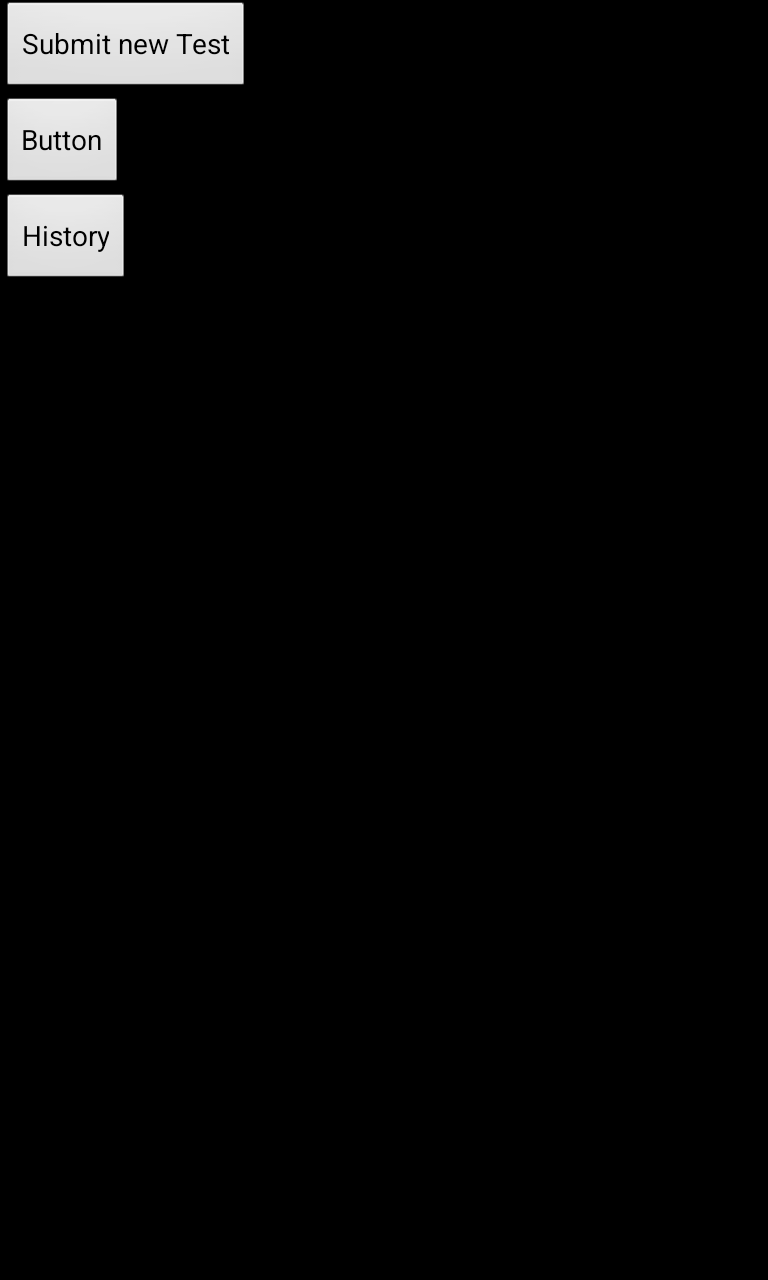
Repository: nuces-acm/DevFest-12-Team-9
Layout: data/Eclipse Workspace of android/Devfest/DCSClientApp/res/layout/tests.xml
These files come from the project's save history. The layout is drawn as it stood at one moment and after the next save; the edit follows.
It is drawn on a 768 x 1280 px phone screen (xhdpi) without system bars, with theme android:Theme; the app's code is not run.

Above is the layout before, as saved 2012-04-01 03:23:21.

### data/Eclipse Workspace of android/Devfest/DCSClientApp/res/layout/tests.xml
<?xml version="1.0" encoding="utf-8"?>
<LinearLayout xmlns:android="http://schemas.android.com/apk/res/android"
    android:layout_width="match_parent"
    android:layout_height="match_parent"
    android:orientation="vertical" >

    <Button
        android:id="@+id/submitNewTest"
        android:layout_width="wrap_content"
        android:layout_height="wrap_content"
        android:text="Submit new Test" />

    <Button
        android:id="@+id/viewLastTestStatus"
        android:layout_width="wrap_content"
        android:layout_height="wrap_content"
        android:text="Button" />

    <Button
        android:id="@+id/history"
        android:layout_width="wrap_content"
        android:layout_height="wrap_content"
        android:text="History" />

</LinearLayout>

After the next save:
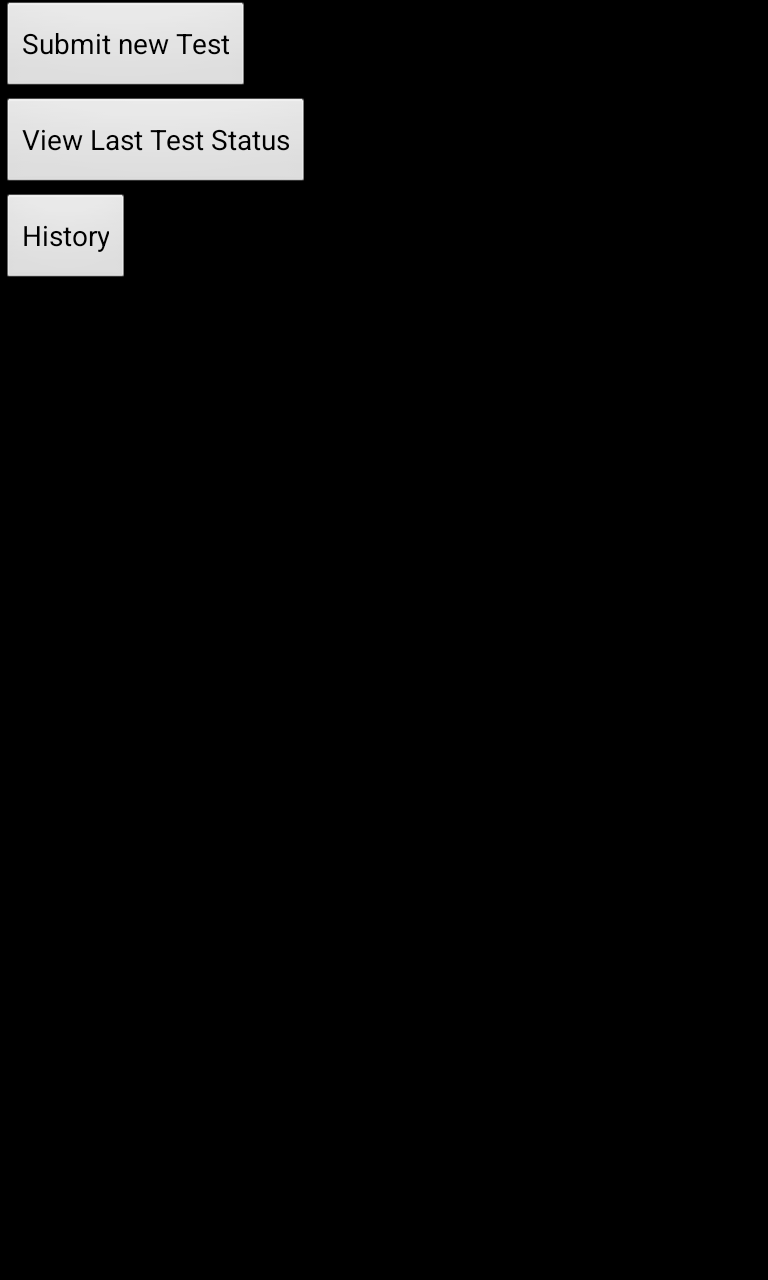
Saved 42 s later.
--- a/data/Eclipse Workspace of android/Devfest/DCSClientApp/res/layout/tests.xml
+++ b/data/Eclipse Workspace of android/Devfest/DCSClientApp/res/layout/tests.xml
@@ -14,7 +14,7 @@
         android:id="@+id/viewLastTestStatus"
         android:layout_width="wrap_content"
         android:layout_height="wrap_content"
-        android:text="Button" />
+        android:text="View Last Test Status" />
 
     <Button
         android:id="@+id/history"
